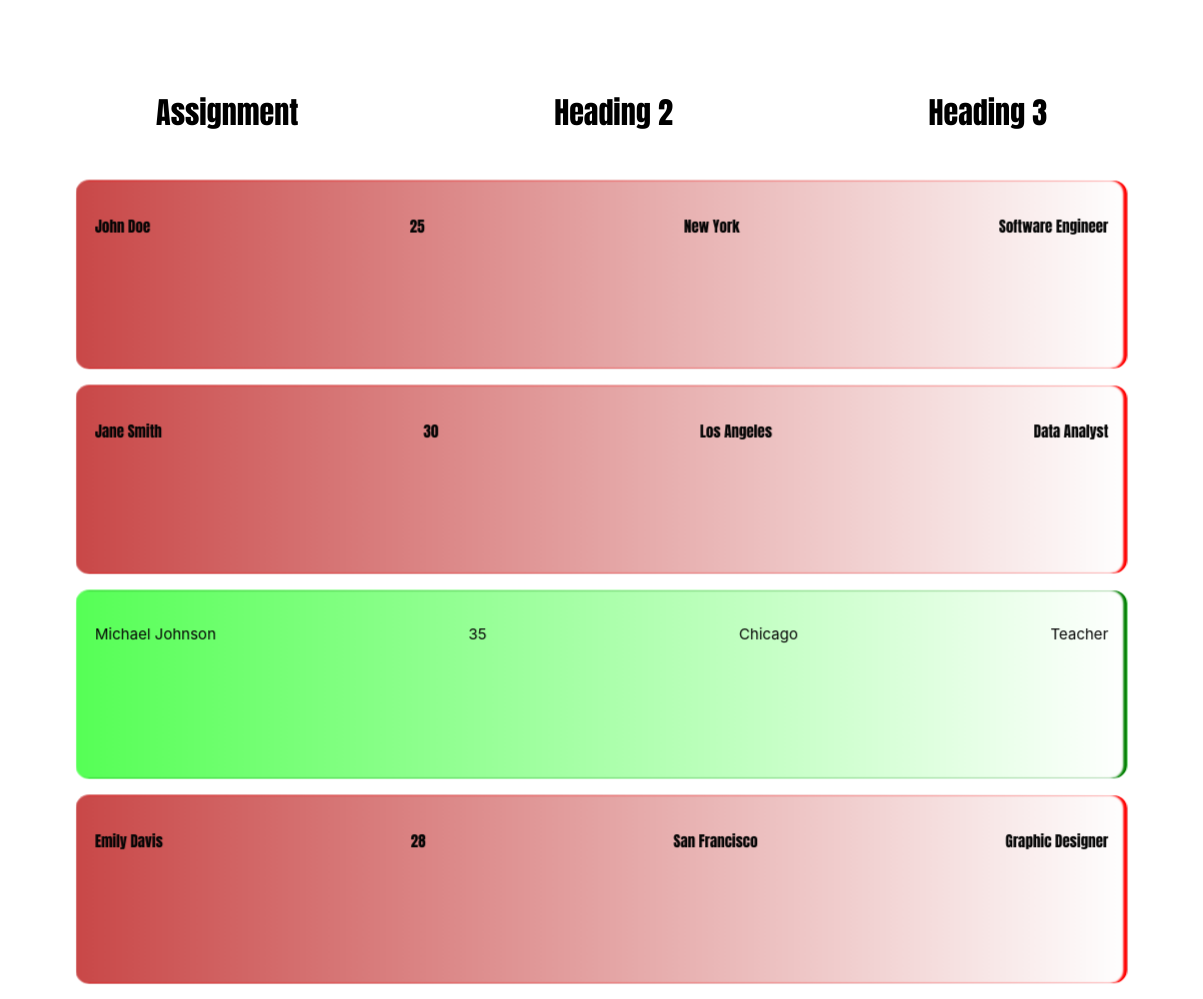
Repository: NayakSubhransu/ERP_System_WebAthon
Page: / (app in client/)
An editor plug-in stored every save of this project. The page is shown before and after the next save, followed by the edit.
The browser window is 1280 px wide. The pictures show the whole page, at 94% of full size.
The project was rebuilt for these pictures with package versions that can differ from the ones it lists, and the page was loaded fresh each time. Also part of the build but not shown: client/vite.config.js.

Above is the page before, as saved 2024-03-24 12:39:55.

After the next save:
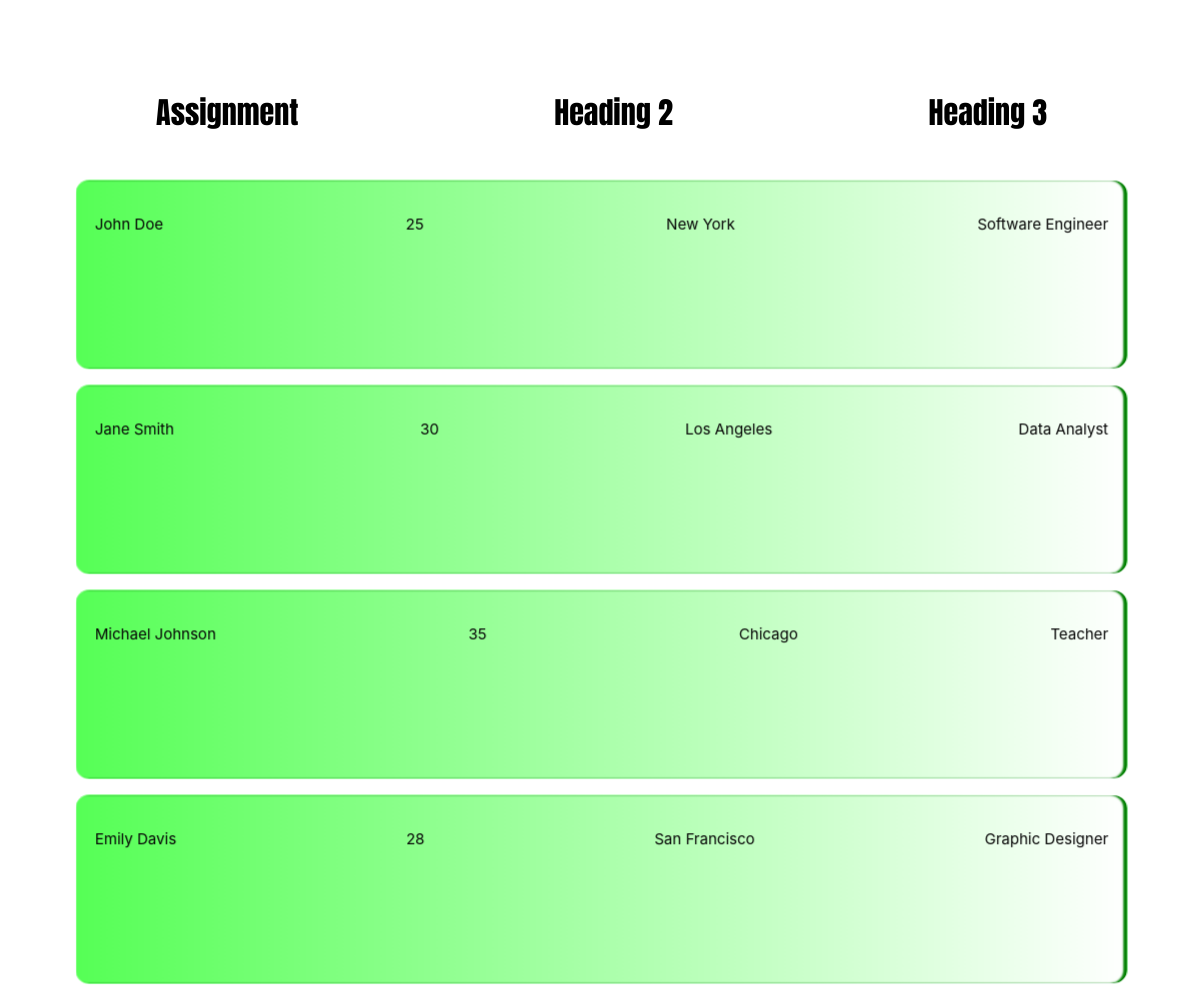
Saved 5 min 41 s later.
--- a/client/src/components/Grading/grading.jsx
+++ b/client/src/components/Grading/grading.jsx
@@ -113,7 +113,7 @@ export default function Grading(){
                 {
                     array.map((item)=>(
 
-                        item.done ?
+
                         <div className="arraycontents" style={
                             { ...green, '@media screen and (max-width: 520px)': mediaQueryStyle }
                         }>
@@ -122,15 +122,7 @@ export default function Grading(){
                             <p className="contents">{item.city}</p>
                             <p className="contents">{item.occupation}</p>
                         </div>
-                        :
-                        <div className="arraycontents" style={
-                            { ...red, '@media screen and (max-width: 520px)': mediaQueryStyle }
-                        }>
-                            <p className="contents">{item.name}</p>
-                            <p className="contents">{item.age}</p>
-                            <p className="contents">{item.city}</p>
-                            <p className="contents">{item.occupation}</p>
-                        </div>
+
                     ))
                 }
             </div>
